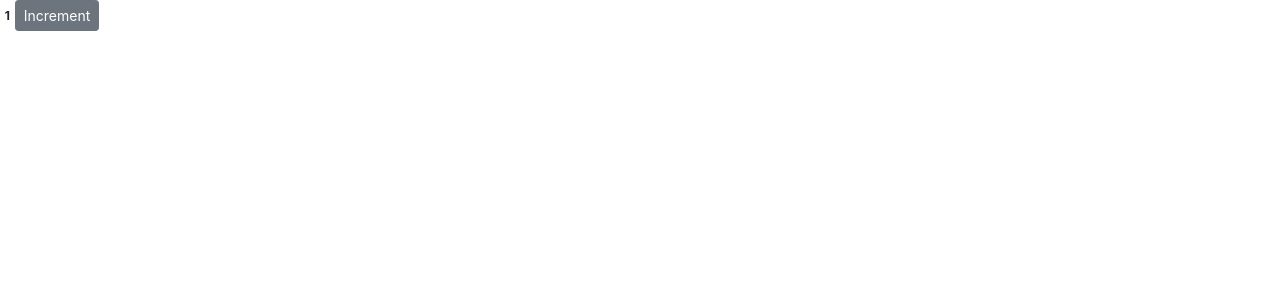
Repository: smk87/First-React-App
Page: /
These files come from the project's save history. The page is drawn as it stood at one moment and after the next save; the edit follows.
The browser window is 1280 px wide. The pictures show the whole page.
The project was rebuilt for these pictures with package versions that can differ from the ones it lists, and the page was loaded fresh each time. Also part of the build but not shown: src/App.css, src/App.js.

Above is the page before, as saved 2019-01-04 20:59:48.

After the next save:
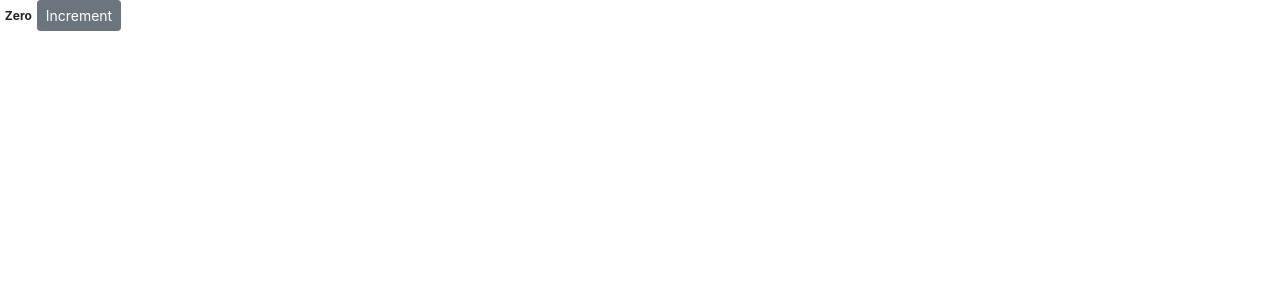
Saved 8 s later.
--- a/src/components/counter.jsx
+++ b/src/components/counter.jsx
@@ -2,7 +2,7 @@ import React, { Component } from "react";
 
 class Counter extends Component {
   state = {
-    count: 1
+    count: 0
   };
   styles = {};
   render() {
